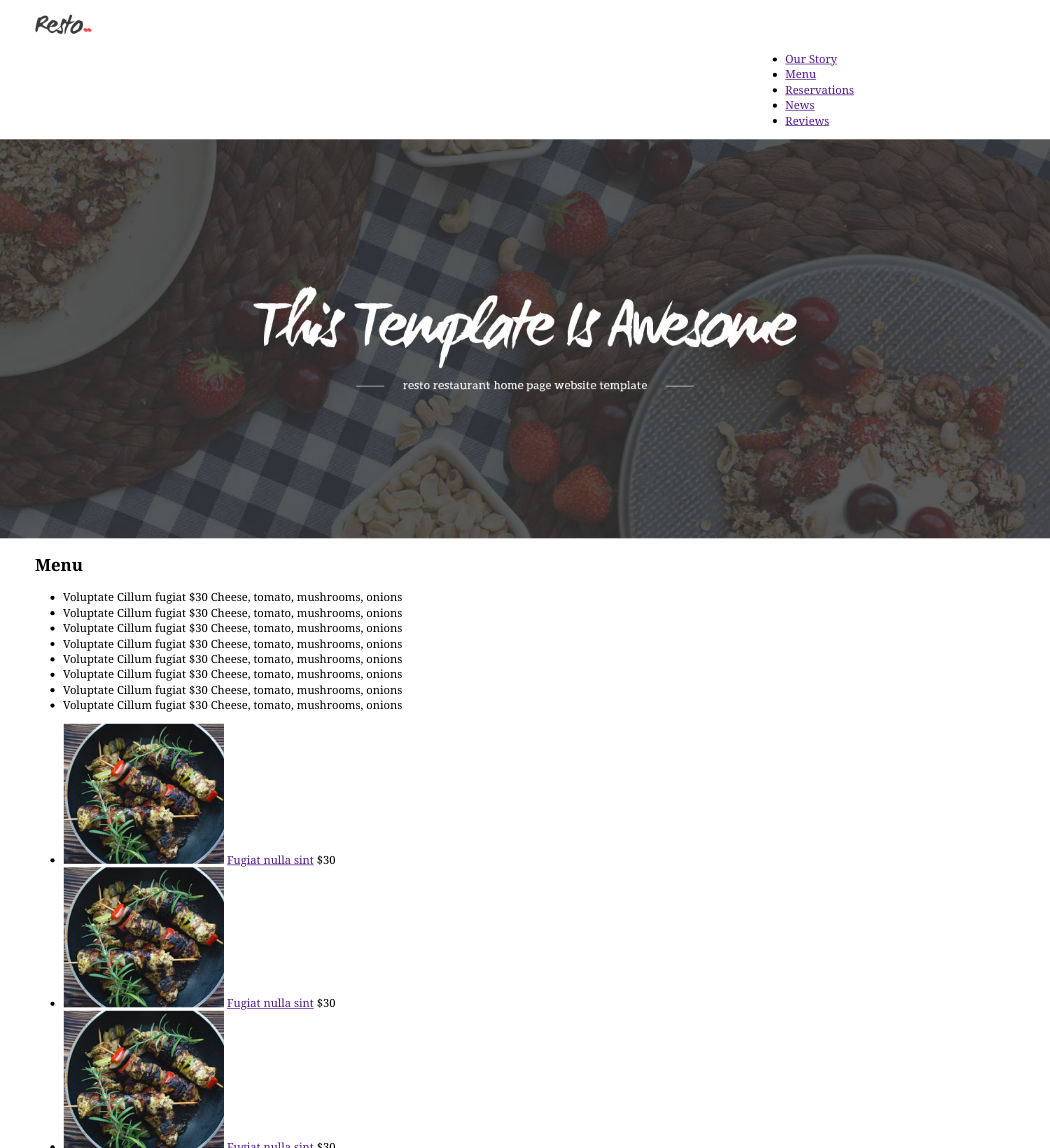
Repository: Piterwk1/psd-to-wordpress
Page: index.html
The author's editor kept a copy of each file at every save. The page is drawn from the files as they stood at one save, then again after the next save.
The browser window is 1280 px wide. The page is 1500 px wide, so the pictures cover 1500 px, including what lies to the right of the window. The pictures show the part of the page from y = 0 to 1640 px (the page is 2253 px tall before and 2220 px after), at 70% of full size.

Above is the page before, as saved 2021-09-21 05:34:46.

### index.html
<html lang="en">

<head>
    <meta charset="UTF-8">
    <meta http-equiv="X-UA-Compatible" content="IE=edge">
    <meta name="viewport" content="width=device-width, initial-scale=1.0">
    <title>Resto</title>
    <link rel="stylesheet" href="style.css">
</head>

<body>

    <header>
        <div class="wrapper" id="headerWrapper">
            <h1 class="logo">Rest</h1>
            <nav>
                <h2>Main Navigation</h2>
                <ul>
                    <li><a href="">Our Story</a></li>
                    <li><a href="">Menu</a></li>
                    <li><a href="">Reservations</a></li>
                    <li><a href="">News</a></li>
                    <li><a href="">Reviews</a></li>
                </ul>
            </nav>
        </div>
    </header>

    <!-- start homepage content -->

    <div id="main-banner">
        <img src="images/banner.jpg" alt="Welcome to Resto">
    </div>

    <div class="wrapper">
        <section id="home-menu">
            <h2>Menu</h2>
            <ul>
                <li>
                    <span class="dish">Voluptate Cillum fugiat</span>
                    <span class="price">$30</span>
                    <span class="description">Cheese, tomato, mushrooms, onions</span>
                </li>
                <li>
                    <span class="dish">Voluptate Cillum fugiat</span>
                    <span class="price">$30</span>
                    <span class="description">Cheese, tomato, mushrooms, onions</span>
                </li>
                <li>
                    <span class="dish">Voluptate Cillum fugiat</span>
                    <span class="price">$30</span>
                    <span class="description">Cheese, tomato, mushrooms, onions</span>
                </li>
                <li>
                    <span class="dish">Voluptate Cillum fugiat</span>
                    <span class="price">$30</span>
                    <span class="description">Cheese, tomato, mushrooms, onions</span>
                </li>
                <li>
                    <span class="dish">Voluptate Cillum fugiat</span>
                    <span class="price">$30</span>
                    <span class="description">Cheese, tomato, mushrooms, onions</span>
                </li>
                <li>
                    <span class="dish">Voluptate Cillum fugiat</span>
                    <span class="price">$30</span>
                    <span class="description">Cheese, tomato, mushrooms, onions</span>
                </li>
                <li>
                    <span class="dish">Voluptate Cillum fugiat</span>
                    <span class="price">$30</span>
                    <span class="description">Cheese, tomato, mushrooms, onions</span>
                </li>
                <li>
                    <span class="dish">Voluptate Cillum fugiat</span>
                    <span class="price">$30</span>
                    <span class="description">Cheese, tomato, mushrooms, onions</span>
                </li>
            </ul>
        </section>

        <section id="featured">
            <ul>
                <li>
                    <img src="images/thumb-1.jpg">
                    <a href="">Fugiat nulla sint</a>
                    <span>$30</span>
                    <span class="rating"></span>
                </li>
                <li>
                    <img src="images/thumb-1.jpg">
                    <a href="">Fugiat nulla sint</a>
                    <span>$30</span>
                    <span class="rating"></span>
                </li>
                <li>
                    <img src="images/thumb-1.jpg">
                    <a href="">Fugiat nulla sint</a>
                    <span>$30</span>
                    <span class="rating"></span>
                </li>
                <li>
                    <img src="images/thumb-1.jpg">
                    <a href="">Fugiat nulla sint</a>
                    <span>$30</span>
                    <span class="rating"></span>
                </li>
            </ul>
        </section>
    </div>

    <!-- end homepage content -->

    <footer>
        <div class="wrapper">
            <ul>
                <li>New York Restaurant</li>
                <li>3926 Anmoore Road</li>
                <li>New York, NY 10014</li>
                <li>718-749-1714</li>
            </ul>
            <ul>
                <li>France Restaurant</li>
                <li>68, rue da le Couronne</li>
                <li>75002 PARIS</li>
                <li>02.94.23.69.56</li>
            </ul>
            <ul>
                <li><a href="">Blog</a></li>
                <li><a href="">Careers</a></li>
                <li><a href="">Privacy Policy</a></li>
                <li><a href="">Contact</a></li>
            </ul>
            <ul>
                <li><img src="images/white-logo.png" alt="logo"></li>
                <li>&copy; All rights reserved 2015</li>

            </ul>
        </div>
    </footer>
</body>

</html>

### style.css
body {
    font-family: Georgia, 'Times New Roman', Times, serif;
    margin: 0;
}

.wrapper {
    width: 100%;
    max-width: 1180px;
    padding: 0 10px;
    margin:  0 auto;
}

h1.logo {
    background-image: url(images/logo.png);
    background-repeat: no-repeat;
    width: 100px;
    text-indent: -10000px;
}

#headerWrapper {
    display: flex;
    justify-content: space-between;
    width: 100%;
}

nav {

  margin-right: 10px;

}

#headerWrapper nav h2 {
    text-indent: -100000px;
}

After the next save:
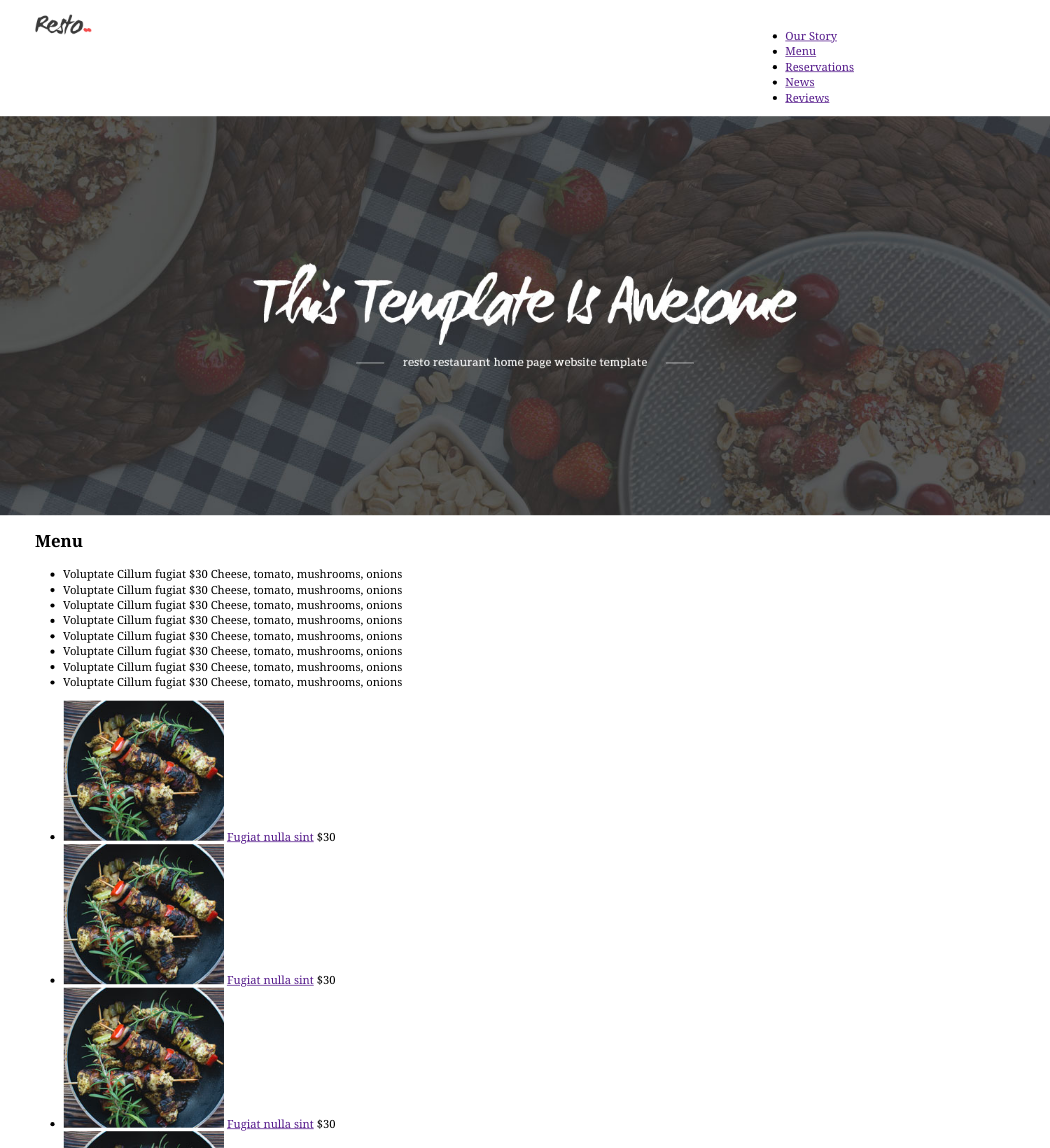
Saved 45 s later.
--- a/style.css
+++ b/style.css
@@ -31,4 +31,5 @@ nav {
 
 #headerWrapper nav h2 {
     text-indent: -100000px;
+    height: 0;
 }
